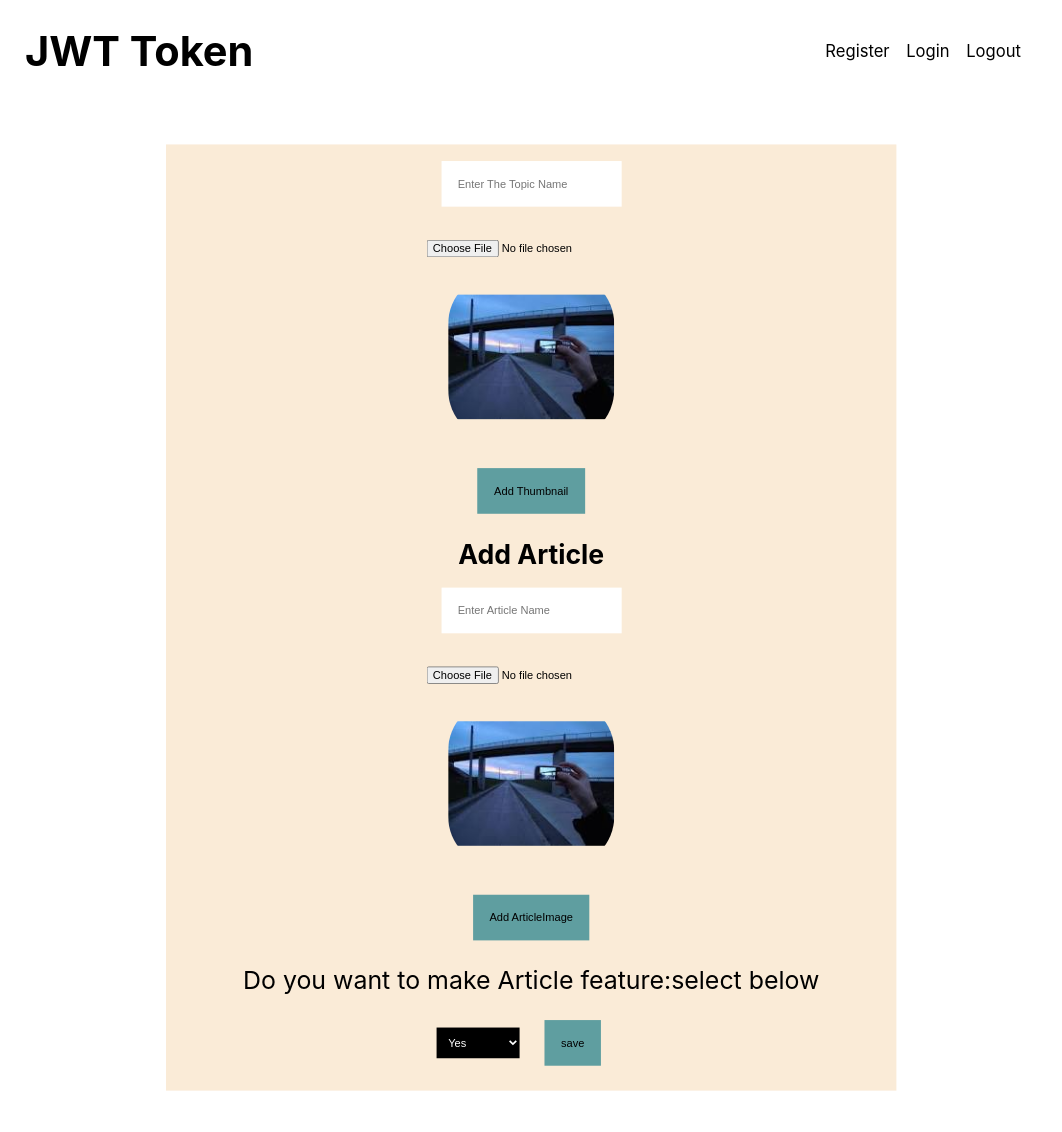
Repository: Prafullkuma/jwttoken
Page: /admin
The author's editor kept a copy of each file at every save. The page is drawn from the files as they stood at one save, then again after the next save.
The browser window is 1280 px wide. The pictures show the whole page, at 83% of full size.
The project was rebuilt for these pictures with package versions that can differ from the ones it lists, and the page was loaded fresh each time. Also part of the build but not shown: src/App.css, src/component/Auth/Signup.js, src/component/Auth/Signin.js, src/component/User/User.js, src/component/Home/Home.js, src/component/Auth/Logout.js.

Above is the page before, as saved 2020-08-22 22:16:45.

### src/App.js
import React from 'react';
import { BrowserRouter, Route } from 'react-router-dom'
import './App.css';
import Navbar from './component/Navbar'
import Signup from './component/Auth/Signup';
import Signin from './component/Auth/Signin';
import User from './component/User/User';
import Dashboard from './component/Admin/Dashboard';
import Home from './component/Home/Home';
import Logout from './component/Auth/Logout'
function App() {
  return (
    <div className="App">
      <BrowserRouter>
        <Navbar />
        <Route path="/signup" component={Signup} />
        <Route path="/signin" component={Signin} />
        <Route path="logout" component={Logout} />
        <Route path="/user" component={User} />
        <Route path="/admin" component={Dashboard} />
        <Route exact path="/" component={Home} />
      </BrowserRouter>
    </div>
  );
}

export default App;

### src/component/Navbar.js
import React from 'react'
import { Link } from 'react-router-dom'
import './Navbar.css'
function Navbar() {
    return (
        <div>
            <section className="Nav">
                <h1> <Link to="/">JWT Token</Link></h1>
                <nav className="navbar-items">
                    <ul>
                        <li><Link to="/signup">Register</Link></li>
                        <li><Link to="/signin">Login</Link></li>
                        <li><Link to="/">Logout</Link></li>
                    </ul>

                </nav>
            </section>
        </div>
    )
}

export default Navbar

### src/component/Admin/Dashboard.js
import React, { useState } from 'react'
import './Dashboard.css'
function Dashboard() {
    const [topic, setTopic] = useState('')
    const [thumbnail, setThumbnail] = useState()
    const [title, setTitle] = useState('')
    const [articleImage, setArticleImage] = useState('')
    const [feature, setFeature] = useState('')
    const [flag, setFlag] = useState(false)
    const addThumbnail = (e) => {
        console.log(e.target.file)
    }
    const addArticleImage = () => {

    }
    const saveAllData = () => {

    }
    return (
        <div className="Dashboard">
            <div className="Topic_name">
                <input type="text"
                    value={topic}
                    onChange={e => setTopic(e.target.value)}
                    placeholder="Enter The Topic Name" />
                <br />
                <input type="file"
                    value={thumbnail}
                    onChange={e => setThumbnail(e.target.value)} /><br />
                <img src="data:[embedded picture, 4947 characters]" alt="Thumbnail profile" /><br />
                <button onClick={addThumbnail}> Add Thumbnail</button>

            </div>
            <div className="ArticleName">
                <h1> Add Article</h1>
                <input type="text"
                    value={title}
                    placeholder="Enter Article Name"
                    onChange={e => setTitle(e.target.value)} />
                <br />
                <input type="file"
                    value={articleImage}
                    onChange={e => setArticleImage(e.target.value)} /><br />
                <img src="data:[embedded picture, 4947 characters]" alt="Articleprofile" /><br />
                <button onClick={addArticleImage}> Add ArticleImage</button><br />
                <span>Do you want to make Article feature:select below</span><br />
                <select value={feature} onChange={e => setFeature(e.target.value)}>
                    <option selected value={true}>Yes</option>
                    <option value={false}>No</option>
                </select>

                <button type="submit" onClick={saveAllData}> save</button>
            </div>

        </div>
    )
}

export default Dashboard

### src/component/Navbar.css
.Nav{
display: flex;
align-items: center;
justify-content: space-between;
padding: 30px;
}
ul,li{
    list-style: none;
    float: left;
    margin: 10px;
    font-size: 20px;
}
.Nav h1{
    font-size: 50px;
}
.Nav a{
    text-decoration: none;
    color:black
}
.navbar-items{
    display: flex;
}

### src/component/Admin/Dashboard.css
.Dashboard{
    margin-top: 50px;
    display: flex;
    flex-direction: column;
    margin: 50px 200px;
    background-color: antiquewhite;
    text-align: center;
}
.Dashboard input{
    border: none;
    padding: 20px;
    margin-top: 20px;
}
.Dashboard button{
    padding: 20px;
    margin: 30px;
    border: none;
    background-color: cadetblue;
    cursor: pointer;
}
.Dashboard span{
    font-size: 30px;
}
.Dashboard img{
    height: 200px;
    width: 200px;
    object-fit: contain;
    border-radius: 60px;
}
.Dashboard select{
    padding: 10px;
    border: none;
    background-color: black;
    color:white;
    width:100px;
}

Loaded but not shown: src/index.js (common file); src/index.css (common file)

After the next save:
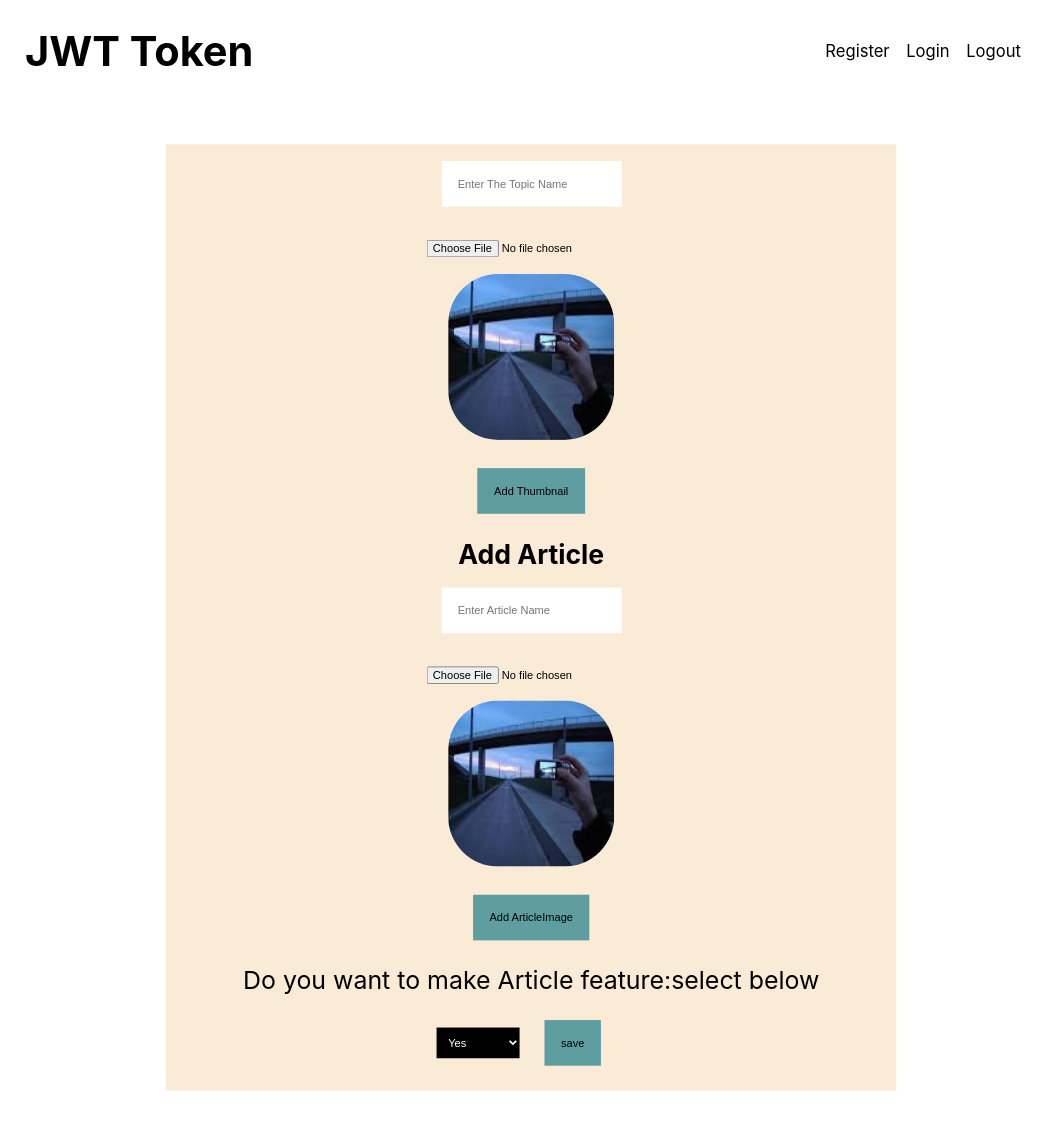
Saved 14 s later.
--- a/src/component/Admin/Dashboard.css
+++ b/src/component/Admin/Dashboard.css
@@ -24,7 +24,6 @@
 .Dashboard img{
     height: 200px;
     width: 200px;
-    object-fit: contain;
     border-radius: 60px;
 }
 .Dashboard select{
